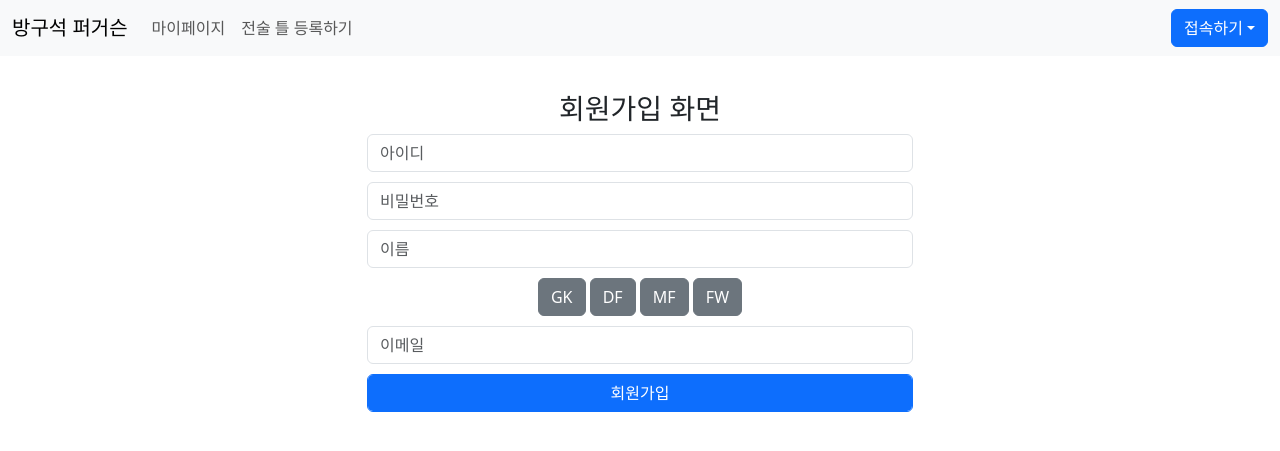
Repository: jiiiiiw/Spring-BBS
Page: http://localhost/BBS/join.jsp
An editor plug-in stored every save of this project. The page is shown before and after the next save, followed by the edit.
The browser window is 1280 px wide. The pictures show the whole page.
The page is served by Tomcat 9. Other server files are loaded and not shown.

Above is the page before, as saved 2024-01-24 07:39:30.

### BBS/src/main/webapp/join.jsp
<%@ page language="java" contentType="text/html; charset=UTF-8"
	pageEncoding="UTF-8"%>
<!DOCTYPE html>
<html>
<head>
<meta charset="UTF-8">
<!-- 반응형 -->
<meta name="viewport" content="width=device-width" , initial-scale="1">
<!-- 정적 부트스트랩 참조 -->
<script src="js/bootstrap.js"></script>
<script src="js/bootstrap.bundle.js"></script>
<link href="css/bootstrap.css" rel="stylesheet">
<title>JSP 게시판 웹 사이트</title>
</head>
<body>
	<nav class="navbar navbar-expand-lg navbar-light bg-light">
		<div class="container-fluid">
			<a class="navbar-brand" href="main.jsp">방구석 퍼거슨</a>

			<!-- 토글 버튼 -->
			<button class="navbar-toggler" type="button"
				data-bs-toggle="collapse" data-bs-target="#navbarSupportedContent"
				aria-controls="navbarSupportedContent" aria-expanded="false"
				aria-label="Toggle navigation">
				<span class="navbar-toggler-icon"></span>
			</button>

			<!-- Navbar 링크 및 폼 -->
			<div class="collapse navbar-collapse" id="navbarNav">
				<ul class="navbar-nav me-auto">
					<li class="nav-item"><a class="nav-link" href="#">마이페이지</a></li>
					<li class="nav-item"><a class="nav-link" href="#">전술 틀
							등록하기</a></li>
				</ul>
			</div>

			<div class="dropdown">
				<button class="btn btn-primary dropdown-toggle" type="button"
					id="dropdownMenuButton" data-bs-toggle="dropdown"
					aria-haspopup="true" aria-expanded="false">접속하기</button>
				<div class="dropdown-menu" aria-labelledby="dropdownMenuButton">

					<a class="dropdown-item" href="login.jsp">로그인</a> <a
						class="active dropdown-item" href="join.jsp">회원가입</a>
					<!-- 원하는 만큼 드롭다운 메뉴 항목 추가 -->
				</div>
			</div>
		</div>
	</nav>

	<style>
  .spacer {
    margin-bottom: 10px;
  }
	</style>

	<div class="container mt-3">
		<div class="row justify-content-center">
			<div class="col-lg-6">
				<div class="jumbotron" style="padding-top: 20px;">
					<form method="post" action="joinAction.jsp">
						<h3 style="text-align: center;">회원가입 화면</h3>
						<div class="form group spacer">
							<input type="text" class="form-control" placeholder="아이디"
								name="userID" maxlength="20">
						</div>
						<div class="form group spacer">
							<input type="password" class="form-control" placeholder="비밀번호"
								name="userPassword" maxlength="20">
						</div>
						<div class="form group spacer">
							<input type="text" class="form-control" placeholder="이름"
								name="userName" maxlength="20">
						</div>

						<div class="form-group spacer" style="text-align: center;">
							<input type="radio" class="btn-check" name="userPosition" id="GK" value="GK" autocomplete="off">
							<label class="btn btn-secondary" for="GK">GK</label>

							<input type="radio" class="btn-check" name="userPosition" id="DF" value="DF" autocomplete="off">
							<label class="btn btn-secondary" for="DF">DF</label>

							<input type="radio" class="btn-check" name="userPosition" id="MF" value="MF" autocomplete="off">
							<label class="btn btn-secondary" for="MF">MF</label>

							<input type="radio" class="btn-check" name="userPosition" id="FW" value="FW" autocomplete="off">
							<label class="btn btn-secondary" for="FW">FW</label>
						</div>
						<!-- <div class="form-group" style="text-align: center;">
							<div class="btn-group" data-toggle="buttons">
								<label class="btn btn-primary active">
									<input type="radio" name="userPosition" autocomplete="off" value="GK" checked>GK
								</label>
								<label class="btn btn-primary">
									<input type="radio" name="userPosition" autocomplete="off" value="DF" checked>DF
								</label>
								<label class="btn btn-primary">
									<input type="radio" name="userPosition" autocomplete="off" value="MF" checked>MF
								</label>
								<label class="btn btn-primary">
									<input type="radio" name="userPosition" autocomplete="off" value="FW" checked>FW
								</label>
							</div>
						</div> -->

						<div class="form group spacer">
							<input type="email" class="form-control" placeholder="이메일"
								name="userEmail" maxlength="20">
						</div>
						<input type="submit" class="btn btn-primary form-control"
							value="회원가입">
					</form>
				</div>
			</div>
		</div>
	</div>




</body>
</html>

Loaded but not shown: BBS/src/main/webapp/js/bootstrap.js (library); BBS/src/main/webapp/js/bootstrap.bundle.js (library); BBS/src/main/webapp/css/bootstrap.css (library)

After the next save:
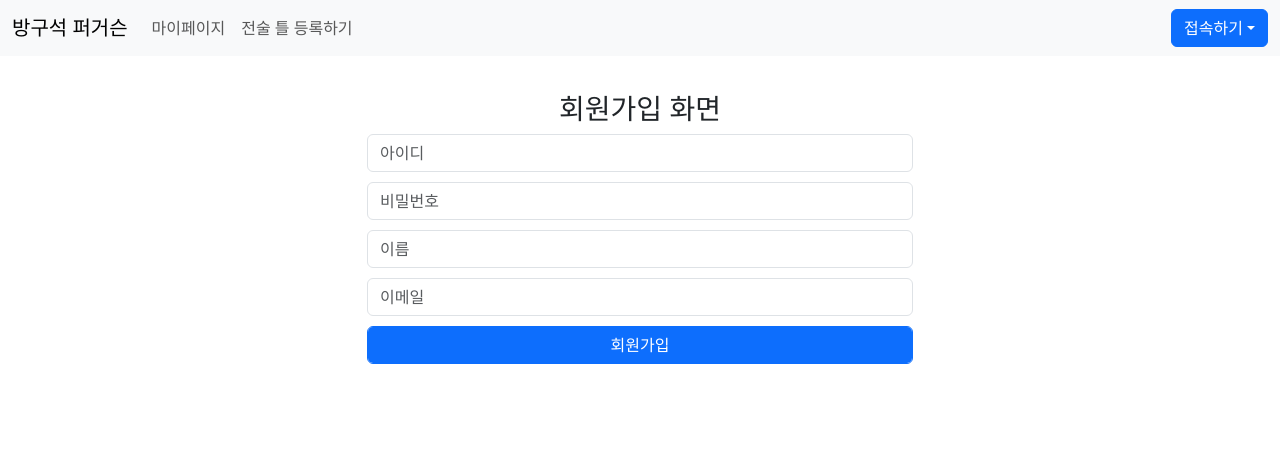
Saved 40 min 35 s later.
--- a/BBS/src/main/webapp/join.jsp
+++ b/BBS/src/main/webapp/join.jsp
@@ -74,17 +74,17 @@
 						</div>
 
 						<div class="form-group spacer" style="text-align: center;">
-							<input type="radio" class="btn-check" name="userPosition" id="GK" value="GK" autocomplete="off">
-							<label class="btn btn-secondary" for="GK">GK</label>
+							<input type="radio" class="btn-check" name="userPosition" id="GK" value="GK"  autocomplete="off">
+							<label class="btn-check btn-secondary" for="GK">GK</label>
 
 							<input type="radio" class="btn-check" name="userPosition" id="DF" value="DF" autocomplete="off">
-							<label class="btn btn-secondary" for="DF">DF</label>
+							<label class="btn-check btn-secondary" for="DF">DF</label>
 
 							<input type="radio" class="btn-check" name="userPosition" id="MF" value="MF" autocomplete="off">
-							<label class="btn btn-secondary" for="MF">MF</label>
+							<label class="btn-check btn-secondary" for="MF">MF</label>
 
 							<input type="radio" class="btn-check" name="userPosition" id="FW" value="FW" autocomplete="off">
-							<label class="btn btn-secondary" for="FW">FW</label>
+							<label class="btn-check btn-secondary" for="FW">FW</label>
 						</div>
 						<!-- <div class="form-group" style="text-align: center;">
 							<div class="btn-group" data-toggle="buttons">
